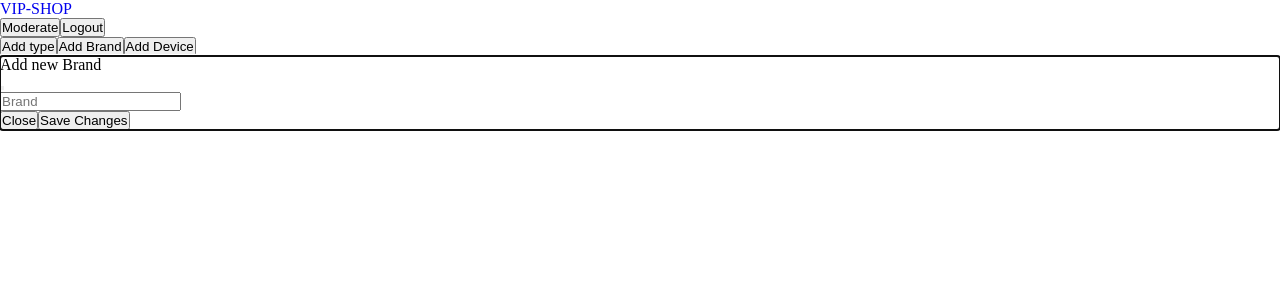
Repository: Mirsmog/VIP-SHOP
Page: /admin (app in client/)
An editor plug-in stored every save of this project. The page is shown before and after the next save, followed by the edit.
The browser window is 1280 px wide. The pictures show the whole page.
The project was rebuilt for these pictures with package versions that can differ from the ones it lists, and the page was loaded fresh each time. Also part of the build but not shown: client/vite.config.js, client/src/pages/Auth.jsx, client/src/pages/DevicePage.jsx, client/src/components/TypeBar.jsx, client/src/components/BrandBar.jsx, client/src/components/DeviceItem.jsx, client/src/components/DeviceList.jsx, client/src/pages/Shop.jsx and 1 more.

Above is the page before, as saved 2023-11-04 17:05:07.

After the next save:
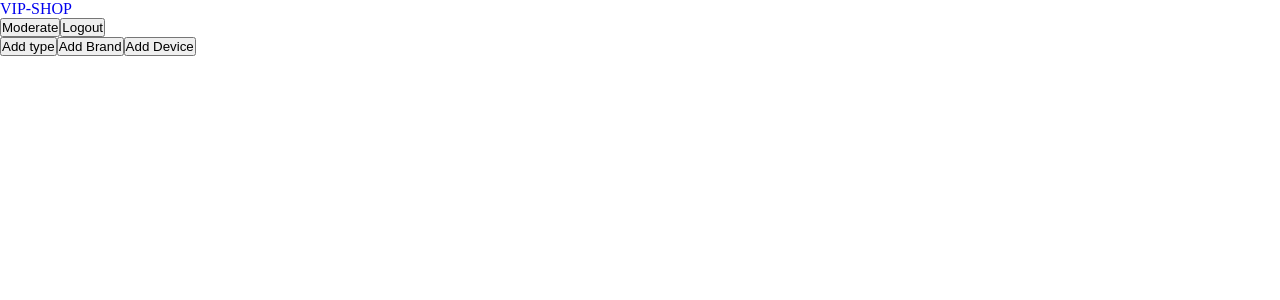
Saved 7 s later.
--- a/client/src/components/modals/CreateBrand.jsx
+++ b/client/src/components/modals/CreateBrand.jsx
@@ -5,7 +5,7 @@ import Button from 'react-bootstrap/esm/Button';
 
 const CreateBrand = (show, onHide) => {
   return (
-    <Modal show={show} onHide={onHide}>
+    <Modal show={false} onHide={onHide}>
       <Modal.Header closeButton>
         <Modal.Title>Add new Brand</Modal.Title>
       </Modal.Header>
